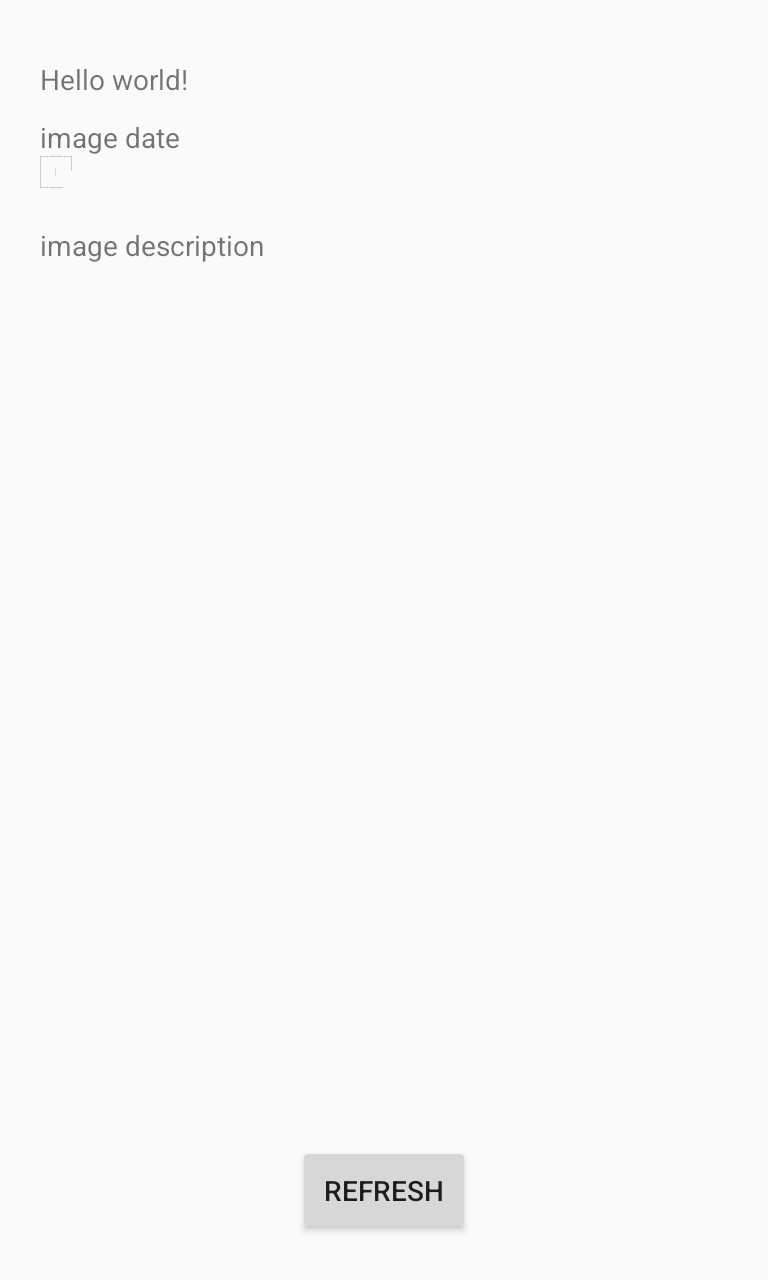
Repository: BaichaoLi/android
Layout: Nasa_E/res/layout/activity_main.xml
An editor plug-in stored every save of this project. The layout is shown before and after the next save, followed by the edit.
It is drawn on a 768 x 1280 px phone screen (xhdpi) without system bars, with theme AppTheme; the app's code is not run.

Above is the layout before, as saved 2015-05-21 03:49:39.

### Nasa_E/res/layout/activity_main.xml
<RelativeLayout xmlns:android="http://schemas.android.com/apk/res/android"
    xmlns:tools="http://schemas.android.com/tools"
    android:layout_width="match_parent"
    android:layout_height="match_parent"
    android:paddingBottom="@dimen/activity_vertical_margin"
    android:paddingLeft="@dimen/activity_horizontal_margin"
    android:paddingRight="@dimen/activity_horizontal_margin"
    android:paddingTop="@dimen/activity_vertical_margin"
    tools:context="com.example.nasa_e.MainActivity" >

    <LinearLayout
        android:layout_width="fill_parent"
        android:layout_height="fill_parent"
        android:orientation="vertical" >

	    <ScrollView
	        android:id="@+id/scrollView1"
	        android:layout_width="fill_parent"
	        android:layout_height="wrap_content"
	        android:layout_alignParentBottom="true"
	        android:layout_alignParentRight="true"
	        android:layout_marginBottom="15dp"
	        android:layout_marginRight="15dp"
	        android:layout_weight = '1' >


		    <LinearLayout
		        android:id="@+id/linearLayout1"
		        android:layout_width="fill_parent"
		        android:layout_height="wrap_content"
		        android:layout_weight = '0'
		        android:layout_alignBottom="@+id/scrollView1"
		        android:layout_alignParentLeft="true"
		        android:layout_alignParentTop="true"
		        android:layout_alignRight="@+id/scrollView1"
		        android:layout_marginLeft="4dp"
		        android:layout_marginTop="4dp"
		        android:orientation="vertical" >

		        <TextView
		            android:id="@+id/imageTitle"
		            android:layout_width="wrap_content"
		            android:layout_height="wrap_content"
		            android:layout_marginTop="10dp"
		            android:layout_weight="3"
		            android:text="@string/hello_world" />

		        <TextView
		            android:id="@+id/iamgeDate"
		            android:layout_width="wrap_content"
		            android:layout_height="wrap_content"
		            android:layout_alignParentLeft="true"
		            android:layout_marginTop="10dp"
		            android:layout_weight="0.35"
		            android:text="image date" />

		        <ImageView
		            android:id="@+id/imageView1"
		            android:layout_height="wrap_content"
		            android:layout_width="wrap_content"
		            android:adjustViewBounds="true"
		            android:layout_alignBottom="@+id/scrollView1"
		            android:layout_alignRight="@+id/iamgeDescription"
		            android:layout_weight="2.33"
		            android:src="@drawable/abc_ab_share_pack_mtrl_alpha" />

		        <TextView
		            android:id="@+id/iamgeDescription"
		            android:layout_width="wrap_content"
		            android:layout_height="wrap_content"
		            android:layout_alignParentLeft="true"
		            android:layout_below="@+id/iamgeDate"
		            android:layout_marginTop="19dp"
		            android:layout_weight="2.33"
		            android:text="image description" />
		    </LinearLayout>
	    </ScrollView>

	    <LinearLayout
	        android:orientation="horizontal"
	        android:layout_width="fill_parent"
	        android:layout_height="wrap_content"
	        android:gravity="center"
	        android:layout_marginTop="5dp"
	        android:padding="5dp"
	        >
		    <Button
		        android:text="@string/refresh"
		        android:layout_width="wrap_content"
		        android:layout_height="wrap_content" />

	    </LinearLayout>

	</LinearLayout>
</RelativeLayout>

### Nasa_E/res/values/strings.xml
<?xml version="1.0" encoding="utf-8"?>
<resources>

    <string name="app_name">Nasa_E</string>
    <string name="hello_world">Hello world!</string>
    <string name="action_settings">Settings</string>
    <string name="refresh">Refresh</string>

</resources>

Loaded but not shown: Nasa_E/res/values/styles.xml (common file); Nasa_E/res/values-v11/styles.xml (common file); Nasa_E/res/values-v14/styles.xml (common file); Nasa_E/res/values/dimens.xml (common file); Nasa_E/res/values-w820dp/dimens.xml (common file)

After the next save:
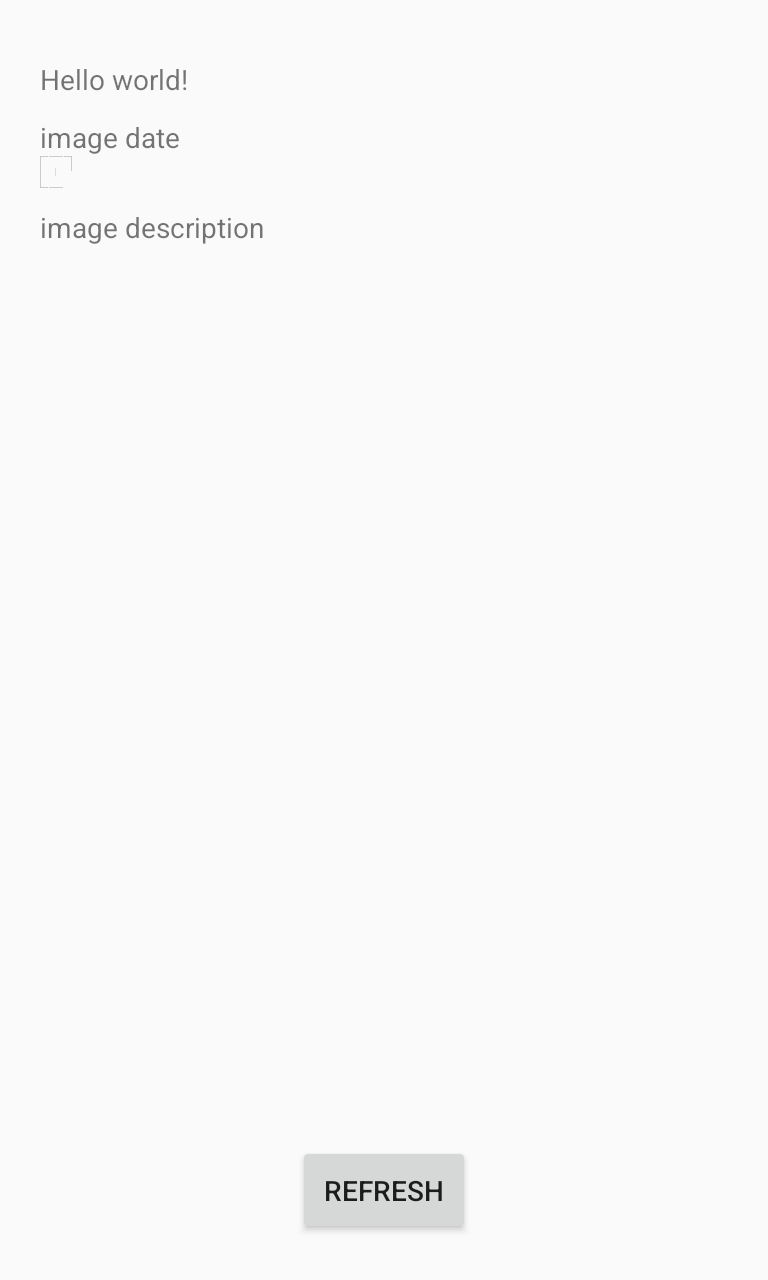
Saved 33 s later.
--- a/Nasa_E/res/layout/activity_main.xml
+++ b/Nasa_E/res/layout/activity_main.xml
@@ -61,7 +61,7 @@
 		            android:adjustViewBounds="true"
 		            android:layout_alignBottom="@+id/scrollView1"
 		            android:layout_alignRight="@+id/iamgeDescription"
-		            android:layout_weight="2.33"
+		            android:layout_weight="3"
 		            android:src="@drawable/abc_ab_share_pack_mtrl_alpha" />
 
 		        <TextView
@@ -70,8 +70,8 @@
 		            android:layout_height="wrap_content"
 		            android:layout_alignParentLeft="true"
 		            android:layout_below="@+id/iamgeDate"
-		            android:layout_marginTop="19dp"
-		            android:layout_weight="2.33"
+		            android:layout_marginTop="10dp"
+		            android:layout_weight="2"
 		            android:text="image description" />
 		    </LinearLayout>
 	    </ScrollView>
